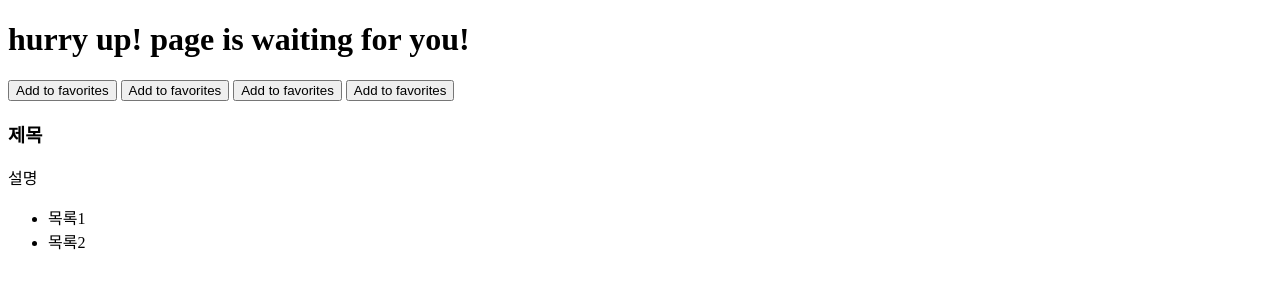
Repository: PareutPareut/frontend
Page: markDowns/htmlCssStudy/htmlStudy.html
These files come from the project's save history. The page is drawn as it stood at one moment and after the next save; the edit follows.
The browser window is 1280 px wide. The pictures show the whole page.

Above is the page before, as saved 2023-11-27 03:31:33.

### markDowns/htmlCssStudy/htmlStudy.html
<!doctype html>
<html lang="ko">
  <head>

    <meta charset="utf-8" />
    <title>My firtst log-in page</title>

  </head>
  <body>

    <h1>hurry up! page is waiting for you!</h1>
    <button type="button">Add to favorites</button>
    <button type="submit">Add to favorites</button>
    <button type="button">Add to favorites</button>
    <button type="button">Add to favorites</button>

    <div id="구분용 div name">
        <h3>제목</h3>
        <p>설명</p>
        <ul>
            <li>목록1</li>
            <li>목록2</li>
        </ul>
    </div>

  </body>
</html>

After the next save:
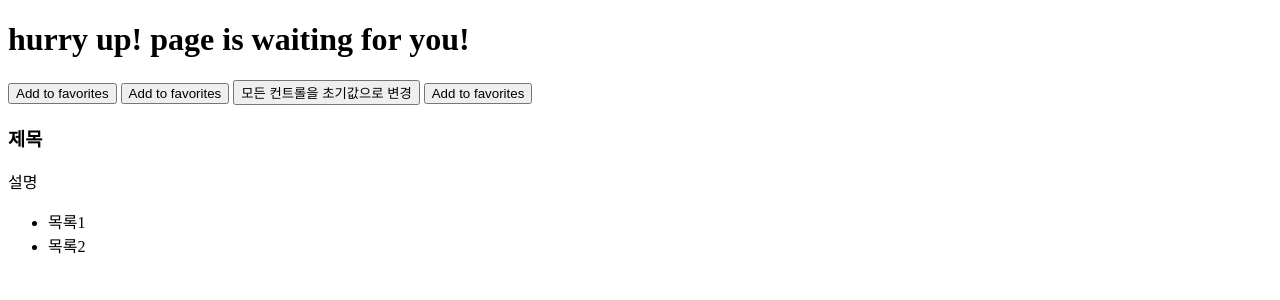
Saved 6 min 30 s later.
--- a/markDowns/htmlCssStudy/htmlStudy.html
+++ b/markDowns/htmlCssStudy/htmlStudy.html
@@ -11,7 +11,7 @@
     <h1>hurry up! page is waiting for you!</h1>
     <button type="button">Add to favorites</button>
     <button type="submit">Add to favorites</button>
-    <button type="button">Add to favorites</button>
+    <button type="reset"> 모든 컨트롤을 초기값으로 변경 </button>
     <button type="button">Add to favorites</button>
 
     <div id="구분용 div name">
